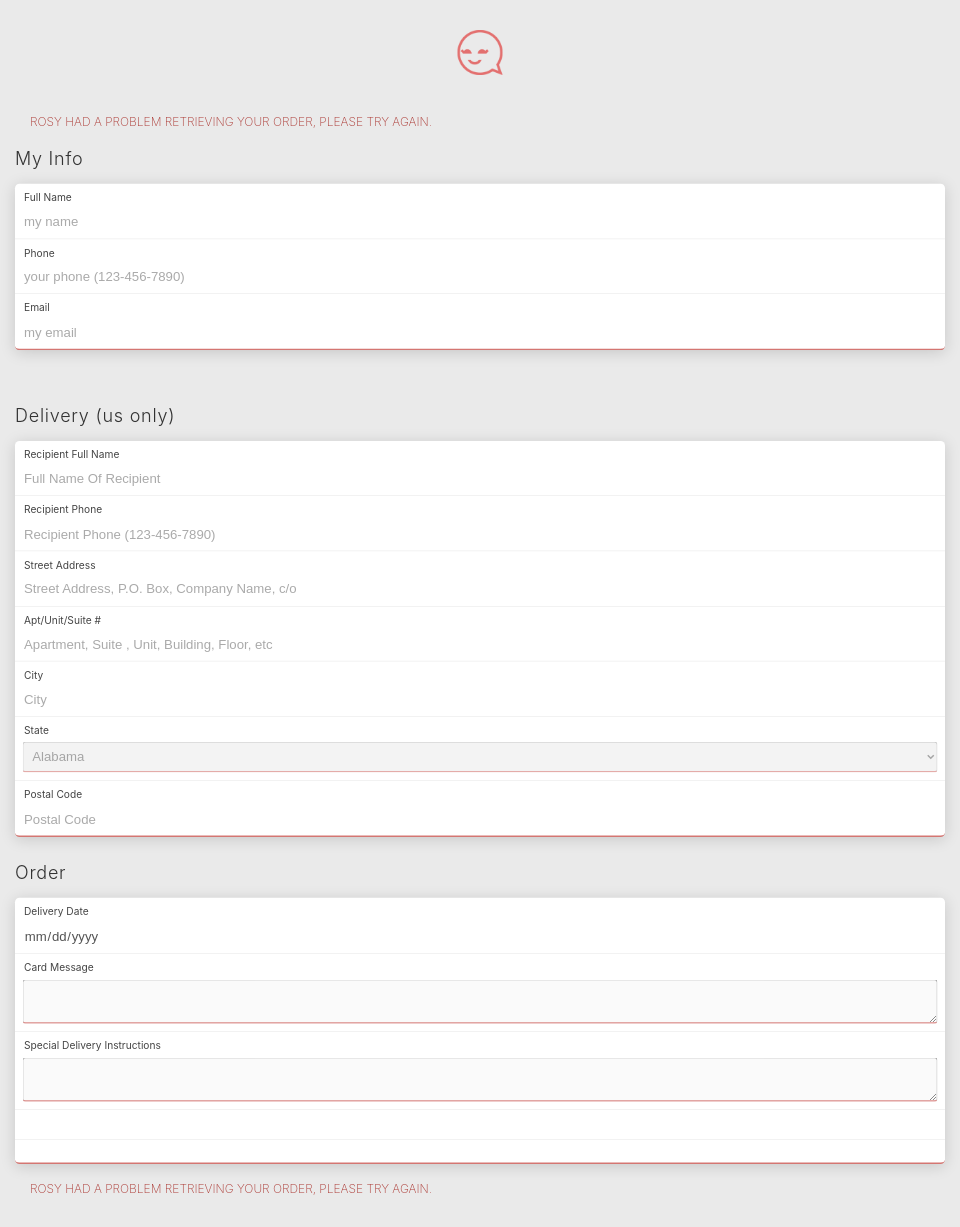
Repository: mattbobgithub/rosybot-ui
Page: rosybot-ui/dist/checkout.html
These files come from the project's save history. The page is drawn as it stood at one moment and after the next save; the edit follows.
The browser window is 1280 px wide. The pictures show the whole page, at 75% of full size.
The page's requests for data from a server got no answer. Some web libraries are served in a nearby version.

Above is the page before, as saved 2017-10-15 17:23:00.

### rosybot-ui/dist/checkout.html
<!DOCTYPE html>
<html>
<head>
<meta charset="utf-8">
<meta http-equiv="X-UA-Compatible" content="IE=edge">
<meta name="viewport"
	content="width=device-width, initial-scale=1, maximum-scale=1, minimum-scale=1, user-scalable=no, minimal-ui">
<title>Checkout</title>
<link rel="shortcut icon" href="favicon.png" type="image/x-icon">
<link href="normalize.css" rel="stylesheet">
<link href="index.css" rel="stylesheet">
<script src="https://js.stripe.com/v3/"></script>
</head>
<body>
	<div class="logo"></div>
	<div class="container">
	<div class="confirm-message" id="confirmMessage1"></div>
		<form id="rosyOrder">
			<input id="id" name="id" type="hidden" required />

			<h2>My Info</h2>
			<div class="form-groups">
				<div class="form-group">
					<label for="customerFullName">Full Name</label> <input
						id="customerFullName" name="customerFullName" type="text"
						placeholder="my name" onchange="changeRosyOrder(true)" required>
				</div>
				<div class="form-group">
					<label for="customerPhone">Phone</label> <input id="customerPhone"
						name="customerPhone" type="tel" pattern="^\d{3}-\d{3}-\d{4}$"
						placeholder="your phone (123-456-7890)"
						onchange="changeCustomerPhone(this.value)" required>
				</div>
				<div class="form-group">
					<label for="customerEmail">Email</label> <input id="customerEmail"
						name="customerEmail" type="email" placeholder="my email"
						onchange="changeRosyOrder(true)">
				</div>
			</div>

	<div class="confirm-message" id="badAddyMessage"></div>

			<h2>Delivery (us only)</h2>
			<div class="form-groups">

				<div class="form-group">
					<label for="recipientFullName">Recipient Full Name</label> <input
						id="recipientFullName" name="recipientFullName" type="text"
						placeholder="Full Name Of Recipient"
						onchange="changeRosyOrder(true)" required>
				</div>
				<div class="form-group">
					<label for="recipientPhone">Recipient Phone</label> <input
						id="recipientPhone" name="recipientPhone" type="tel"
						pattern="^\d{3}-\d{3}-\d{4}$"
						placeholder="Recipient Phone (123-456-7890)"
						onchange="changeRecipientPhone(this.value)" required>
				</div>
				<div class="form-group">
					<label for="recipientStreetAddress1">Street Address</label> <input
						id="recipientStreetAddress1" name="recipientStreetAddress1"
						type="text"
						placeholder="Street Address, P.O. Box, Company Name, c/o"
						onchange="changeRosyOrder(true)" required>
				</div>
				<div class="form-group">
					<label for="recipientStreetAddress2">Apt/Unit/Suite #</label> <input
						id="recipientStreetAddress2" name="recipientStreetAddress2"
						type="text"
						placeholder="Apartment, Suite , Unit, Building, Floor, etc"
						onchange="changeRosyOrder(true)">
				</div>
				<div class="form-group">
					<label for="recipientCity">City</label> <input id="recipientCity"
						name="recipientCity" type="text" placeholder="City"
						onchange="changeRosyOrder(true)" required>
				</div>

				<div class="form-group">
					<label for="recipientState">State</label>
					<div class="select-wrapper">
						<select id="recipientState" name="recipientState"
							onchange="changeRosyOrder(true)" required>
							<option value="AL">Alabama</option>
							<option value="AK">Alaska</option>
							<option value="AZ">Arizona</option>
							<option value="AR">Arkansas</option>
							<option value="CA">California</option>
							<option value="CO">Colorado</option>
							<option value="CT">Connecticut</option>
							<option value="DE">Delaware</option>
							<option value="DC">District Of Columbia</option>
							<option value="FL">Florida</option>
							<option value="GA">Georgia</option>
							<option value="HI">Hawaii</option>
							<option value="ID">Idaho</option>
							<option value="IL">Illinois</option>
							<option value="IN">Indiana</option>
							<option value="IA">Iowa</option>
							<option value="KS">Kansas</option>
							<option value="KY">Kentucky</option>
							<option value="LA">Louisiana</option>
							<option value="ME">Maine</option>
							<option value="MD">Maryland</option>
							<option value="MA">Massachusetts</option>
							<option value="MI">Michigan</option>
							<option value="MN">Minnesota</option>
							<option value="MS">Mississippi</option>
							<option value="MO">Missouri</option>
							<option value="MT">Montana</option>
							<option value="NE">Nebraska</option>
							<option value="NV">Nevada</option>
							<option value="NH">New Hampshire</option>
							<option value="NJ">New Jersey</option>
							<option value="NM">New Mexico</option>
							<option value="NY">New York</option>
							<option value="NC">North Carolina</option>
							<option value="ND">North Dakota</option>
							<option value="OH">Ohio</option>
							<option value="OK">Oklahoma</option>
							<option value="OR">Oregon</option>
							<option value="PA">Pennsylvania</option>
							<option value="RI">Rhode Island</option>
							<option value="SC">South Carolina</option>
							<option value="SD">South Dakota</option>
							<option value="TN">Tennessee</option>
							<option value="TX">Texas</option>
							<option value="UT">Utah</option>
							<option value="VT">Vermont</option>
							<option value="VA">Virginia</option>
							<option value="WA">Washington</option>
							<option value="WV">West Virginia</option>
							<option value="WI">Wisconsin</option>
							<option value="WY">Wyoming</option>
						</select>
					</div>
				</div>

				<div class="form-group">
					<label for="recipientPostalCode">Postal Code</label> <input
						name="recipientPostalCode" onchange="changeRosyOrder(true)"
						placeholder="Postal Code" id="recipientPostalCode" required
						type="text">
				</div>

				<input type="hidden" id="recipientCountry" name="recipientCountry" />
				<input type="hidden" id="validAddress" />

			</div>


			<h2>Order</h2>

			<div class="form-groups">

				<div class="form-group">
					<label for="deliveryDate">Delivery Date</label> <input readOnly
						id="deliveryDate" name="deliveryDate" type="date"
						placeholder="DD-MM-YYYY" onchange="changeDeliveryDate()" required>
				</div>
				<div class="form-group">
					<label for="cardMessage">Card Message</label>
					<div class="textarea-wrapper">
					<textarea
              id="cardMessage" name="cardMessage"
						placeholder="Card Message" onchange="changeRosyOrder(true)">
					</textarea>
					</div>
				</div>
				<div class="form-group">
					<label for="specialInstructions">Special Delivery Instructions</label>
					<div class="textarea-wrapper">
					<textarea
              id="specialInstructions"
						name="specialInstructions"
						placeholder="Special Delivery Instructions"
						onchange="changeRosyOrder(true)">
					</textarea>
					</div>
				</div>
				<div class="form-group">
				<div class="image-wrapper">
					<img id="rosyOrderImage" src="">

				</div>
				</div>
				<div class="form-group">
				<div class="textarea-wrapper">
					<div id="productName"></div>
					<div id="productCode"></div>
					</div>

					<div class="order-total-wrapper" id="orderTotal"></div>
				</div>

			</div>

	<div class="confirm-message" id="confirmMessage2"></div>

			<div class="bottom-buttons" id="rosyClickableArea">
			<div id="updateOrderDiv">
				<button class="full" id="updateOrderButton">Update Order</button>
				</div>
			<div id="paymentDiv">
				<button class="full primary" id="paymentButton" onclick="openPaymentModal()">Pay With Card</button>
				  <div id="payment-request-button">
  						<!-- A Stripe Element will be inserted here. -->
				  </div>
			</div>

</div>

		</form>
	</div>

	<script
		src="https://ajax.googleapis.com/ajax/libs/jquery/1.11.2/jquery.min.js"></script>
	<script type="text/javascript" src="js/cart.js"></script>
</body>

<div id="rosySpinnerOverlay" class="modal"></div>
</html>

### rosybot-ui/dist/js/cart.js
/**
 * intiate the cart with the order from the api
 */

$body = $("body");

$(document).on({
	ajaxStart : function() {
		$body.addClass("loading");
	},
	ajaxStop : function() {
		$body.removeClass("loading");
	}
});

$(document)
		.ready(
				function() {

					$('#confirmMessage1').hide();
					$('#confirmMessage2').hide();
					$body.addClass("loading");
					orderId = getURLParameter("ro");
					console.log(orderId);
					var postData1 = new Object();
					postData1.id = orderId;
					postData2 = JSON.stringify(postData1);

					$('#paymentDiv').show();
					$('#updateOrderDiv').hide();

					$
							.ajax({
								type : 'POST',
								url : 'https://tn59sjpc9c.execute-api.us-east-1.amazonaws.com/dev/api/rosyorder',
								data : postData2,
								success : function(data) {

									console.log(data);

									jsonData = JSON.parse(data);

									if(!jsonData.validAddress){

										console.log("invalid address");

										showConfirmMessage('ENTER A VALID DELIVERY ADDRESS');


	}

									loadRosyOrderData(jsonData);


									// if order is paid, display paid
									// confirmation
									if (jsonData.rosyOrderStatus == 'PAID'
											|| jsonData.rosyOrderStatus == 'FULFILLED') {

										showConfirmMessage('THANKS! YOUR ORDER # is '
												+ jsonData.rosyOrderId
												+ '. YOU WILL RECEIVE A TEXT CONFIRMATION SHORTLY');


										var form = document
												.getElementById("rosyOrder");
										var elements = form.elements;
										for (var i = 0, len = elements.length; i < len; ++i) {
											elements[i].readOnly = true;
											elements[i].disabled = true;
										}

										$('#rosyClickableArea').hide();
									}

								},
								error : function(response) {

									// Handle error
							showConfirmMessage('ROSY HAD A PROBLEM RETRIEVING YOUR ORDER, PLEASE TRY AGAIN.');


									var form = document
											.getElementById("rosyOrder");
									var elements = form.elements;
									for (var i = 0, len = elements.length; i < len; ++i) {
										elements[i].readOnly = true;
										elements[i].disabled = true;
									}
									$('#rosyClickableArea').hide();
									$('#paymentDiv').hide();
									$('#updateOrderDiv').hide();

								},
								contentType : "application/json",
								dataType : 'json'
							});

				});


$( "#rosyOrder" ).submit(function( event ) {
	// alert( "Handler for .submit() called." );
	  event.preventDefault();
	  updateRosyOrder();
	});


function showConfirmMessage(messageText){

if(messageText.includes('address')){
	$('#badAddyMessage').show();
	$('#badAddyMessage')
			.text(messageText);
}else{
	$('#confirmMessage1').show();
	$('#confirmMessage1')
			.text(messageText);
}

	$('#confirmMessage2').show();
	$('#confirmMessage2')
			.text(messageText);
}

function changeRosyOrder(allowEdit) {
	// hide paypal button, display update order button
	if(allowEdit){
	console.log("hide stripe button, show update order button.");
	$('#paymentDiv').hide();
	$('#updateOrderDiv').show();
	}else{
		console.log("hide update button, show stripte button.");
		$('#paymentDiv').show();
		$('#updateOrderDiv').hide();
	}



}

function changeDeliveryDate() {

	// validate new delivery date.
	console.log("validate new delivery date.");

	changeRosyOrder(true);
}

function changeRecipientPhone(value){

	document.forms['rosyOrder'].elements['recipientPhone'].value = formatPhoneNumber(value);

	changeRosyOrder(true);

}

function changeCustomerPhone(value){

	document.forms['rosyOrder'].elements['customerPhone'].value = formatPhoneNumber(value);
	changeRosyOrder(true);

}

function formatPhoneNumber(s) {
  var s2 = (""+s).replace(/\D/g, '');
	  var output;
	  if(s2.length>=10){
		s2 = s2.substr(0,10);
	  var m = s2.match(/^(\d{3})(\d{3})(\d{4})$/);
	  output = m[1] + "-" + m[2] + "-" + m[3];
	  }else{
		  output = s;
	  }

	   return output;
	}


function loadRosyOrderData(rod) {
	console.log(rod);

	var allowEdit = false;
	if (rod.customerFullName === null) {
		allowEdit=true;
	} else {
		document.forms['rosyOrder'].elements['customerFullName'].value = rod.customerFullName;
	}
	if (rod.customerPhone === null) {
		allowEdit=true;
	} else {
		var displayPhone = convertPhoneForDisplay(rod.customerPhone);
		document.forms['rosyOrder'].elements['customerPhone'].value = displayPhone;
	}

	if (rod.deliveryDate === null) {
		allowEdit=true;
	} else {

		var displayDate = convertDateForDisplay(rod.deliveryDate);
		document.forms['rosyOrder'].elements['deliveryDate'].value = displayDate;
	}
	if (rod.recipientCity === null) {
		allowEdit=true;
	} else {
		document.forms['rosyOrder'].elements['recipientCity'].value = rod.recipientCity;
	}
	if (rod.recipientCountry === null) {
		allowEdit=true;
	} else {
		document.forms['rosyOrder'].elements['recipientCountry'].value = rod.recipientCountry;
	}
	if (rod.recipientFullName === null) {
		allowEdit=true;
	} else {
		document.forms['rosyOrder'].elements['recipientFullName'].value = rod.recipientFullName;
	}
	if (rod.recipientPhone === null) {
		allowEdit=true;
	} else {
		var displayPhoneRecip = convertPhoneForDisplay(rod.recipientPhone);
		document.forms['rosyOrder'].elements['recipientPhone'].value = displayPhoneRecip;
	}
	if (rod.recipientPostalCode === null) {
		allowEdit=true;
	} else {
		document.forms['rosyOrder'].elements['recipientPostalCode'].value = rod.recipientPostalCode;
	}
	if (rod.recipientState === null) {
		allowEdit=true;
	} else {
		document.forms['rosyOrder'].elements['recipientState'].value = rod.recipientState;
	}
	if (rod.recipientStreetAddress1 === null) {
		allowEdit=true;
	} else {
		document.forms['rosyOrder'].elements['recipientStreetAddress1'].value = rod.recipientStreetAddress1;
	}

if(!rod.validAddress){
	allowEdit = true;
}

		changeRosyOrder(allowEdit);

// autopopulated or non-required fields
	document.forms['rosyOrder'].elements['id'].value = rod.id;

	document.forms['rosyOrder'].elements['cardMessage'].value = rod.cardMessage;
	document.forms['rosyOrder'].elements['customerEmail'].value = rod.customerEmail;
	document.forms['rosyOrder'].elements['recipientStreetAddress2'].value = rod.recipientStreetAddress2;
	document.getElementById("rosyOrderImage").src = rod.productImageUrl;
	document.getElementById("productName").textContent = rod.productName;
	document.getElementById("productCode").textContent = 'Rosy Product Code - '
			+ rod.productCode;
	document.getElementById("orderTotal").textContent = "$ " + rod.orderTotal;
	document.forms['rosyOrder'].elements['specialInstructions'].value = rod.specialInstructions;
	document.forms['rosyOrder'].elements['validAddress'].value = rod.validAddress;


	doStripe(rod.orderTotal);
}

function updateRosyOrder() {

	var arrayInput = $('#rosyOrder').serializeArray();
	var postData1 = objectifyForm(arrayInput);
	var outputDate = convertDateForSave(postData1.deliveryDate);
	postData1.deliveryDate = outputDate;
	var outputPhone = convertPhoneForSave(postData1.customerPhone);
	postData1.customerPhone = outputPhone;
	$('#confirmMessage1').hide();
	$('#confirmMessage2').hide();
	postData2 = JSON.stringify(postData1);
	$
			.ajax({
				type : 'POST',
				url : 'https://tn59sjpc9c.execute-api.us-east-1.amazonaws.com/dev/api/rosyorder',
				data : postData2, // or JSON.stringify ({name:
				// 'jonas'}),
				success : function(data) {
					console.log(data);
					if(data.errorMessage!=null){
						console.log('ERROR on update call:');

						showConfirmMessage('ROSY HAD A PROBLEM UPDATING YOUR ORDER, PLEASE TRY AGAIN.');

					}else{
					jsonData = JSON.parse(data);
					// reload order data from response of
					// updated order
					console.log(jsonData);
					console.log("VALID ADDY:" + jsonData.validAddress)
					if(!jsonData.validAddress){
						console.log("invalid address" + jsonData.validAddress);

						showConfirmMessage('INVALID DELIVERY ADDRESS, PLEASE CORRECT.');

					}

					loadRosyOrderData(jsonData);
					}


				},
				error : function(response) {
					console.log('ERROR on update call:');
					// Handle error

					showConfirmMessage('ROSY HAD A PROBLEM UPDATING YOUR ORDER, PLEASE TRY AGAIN.');

				},
				contentType : "application/json",
				dataType : 'json'
			});
}

Array.prototype.move = function(from, to) {
	this.splice(to, 0, this.splice(from, 1)[0]);
};

function objectifyForm(formArray) {// serialize data function

	var returnArray = {};
	for (var i = 0; i < formArray.length; i++) {

		// find delivery date
		returnArray[formArray[i]['name']] = formArray[i]['value'];
	}
	return returnArray;
}

function getURLParameter(name) {
	return decodeURIComponent((new RegExp('[?|&]' + name + '='
			+ '([^&;]+?)(&|#|;|$)').exec(location.search) || [ null, '' ])[1]
			.replace(/\+/g, '%20'))
			|| null;
}

function convertDateForDisplay(dateStr_MM_DD_YYYY) {
	var dateArray = dateStr_MM_DD_YYYY.split("-");
	var mm = dateArray[0];
	var dd = dateArray[1];
	var yyyy = dateArray[2];
	return yyyy + "-" + mm + "-" + dd;
}

function convertDateForSave(dateStr_YYYY_MM_DD) {
	var dateArray = dateStr_YYYY_MM_DD.split("-");
	var yyyy = dateArray[0];
	var mm = dateArray[1];
	var dd = dateArray[2];
	return mm + "-" + dd + "-" + yyyy;
}

function convertPhoneForDisplay(phone) {
	if (phone.charAt(0) === '1') {
		phone = phone.substr(1);
	}
	return phone.replace(/(\d{3})(\d{3})(\d{4})/, "$1-$2-$3");
}

function convertPhoneForSave(phone) {
	phone = phone.replace(/\D/g, '')

	return phone;
}


function openPaymentModal(){

	var url = document.URL;
    shortUrl=url.substring(0,url.lastIndexOf("/"));

    redirectUrl = shortUrl + "/payment.html?ro=" + getURLParameter("ro");
    console.log("sending to: " + redirectUrl);
location= shortUrl + "/payment.html?ro=" + getURLParameter("ro");

}




function doStripe(ordTot){

// added for stripe payment request button
var stripe = Stripe('pk_test_W2fKI1ypiVB8Lk8jH6Rv2bWY');
var elements = stripe.elements();

console.log("do stripe ordTot:" + ordTot);
paymentRequest = stripe.paymentRequest({
	  country: 'US',
	  currency: 'usd',
	  total: {
	    label: 'Rosy Order:',
	    amount: ordTot * 100
	  },
	});




var prButton = elements.create('paymentRequestButton', {
	  paymentRequest: paymentRequest,
	  style: {
		    paymentRequestButton: {
		      type: 'default', // default: 'default'
		      theme: 'light' , // default: 'dark'
		      height: '64px' // default: '40px', the width is always '100%'
		    },
		  },
	});


// Check the availability of the Payment Request API first.
paymentRequest.canMakePayment().then(function(result) {

  if (result.applePay) {
	  $('#payment-request-button').show();

	    document.getElementById('payment-request-button').style.display = 'block';
	    prButton.mount('#payment-request-button');

  } else {
	    document.getElementById('payment-request-button').style.display = 'hide';
	  console.log("no apple/android pay");

  }

});


paymentRequest.on('token', function(ev) {

	   apiUrl= "https://h83jr170h1.execute-api.us-east-1.amazonaws.com/stripeDevApi/api/rosyorder";
	   rOrder = getURLParameter("ro");
	  // Send the token to your server to charge it!
	  fetch(apiUrl, {
	    method: 'POST',
	    body: JSON.stringify({ro: rOrder, tok: ev.token.id})
	  })
	  .then(function() {
	    // Report to the browser that the payment was successful, prompting it
	    // to close the browser payment interface.
	    ev.complete('success');

	    var url = document.URL;
        shortUrl=url.substring(0,url.lastIndexOf("/"));

        location = shortUrl + "/checkout.html?ro=" + getURLParameter("ro");

	  })
	  .catch( function() {
		    // Report to the browser that the payment failed, prompting it to
		    // re-show the payment interface, or show an error message and close
		    // the payment interface.
		    ev.complete('fail');
		  }
	  );
	});


}

Loaded but not shown: rosybot-ui/dist/normalize.css (library); rosybot-ui/dist/index.css (185 lines, source omitted)

After the next save:
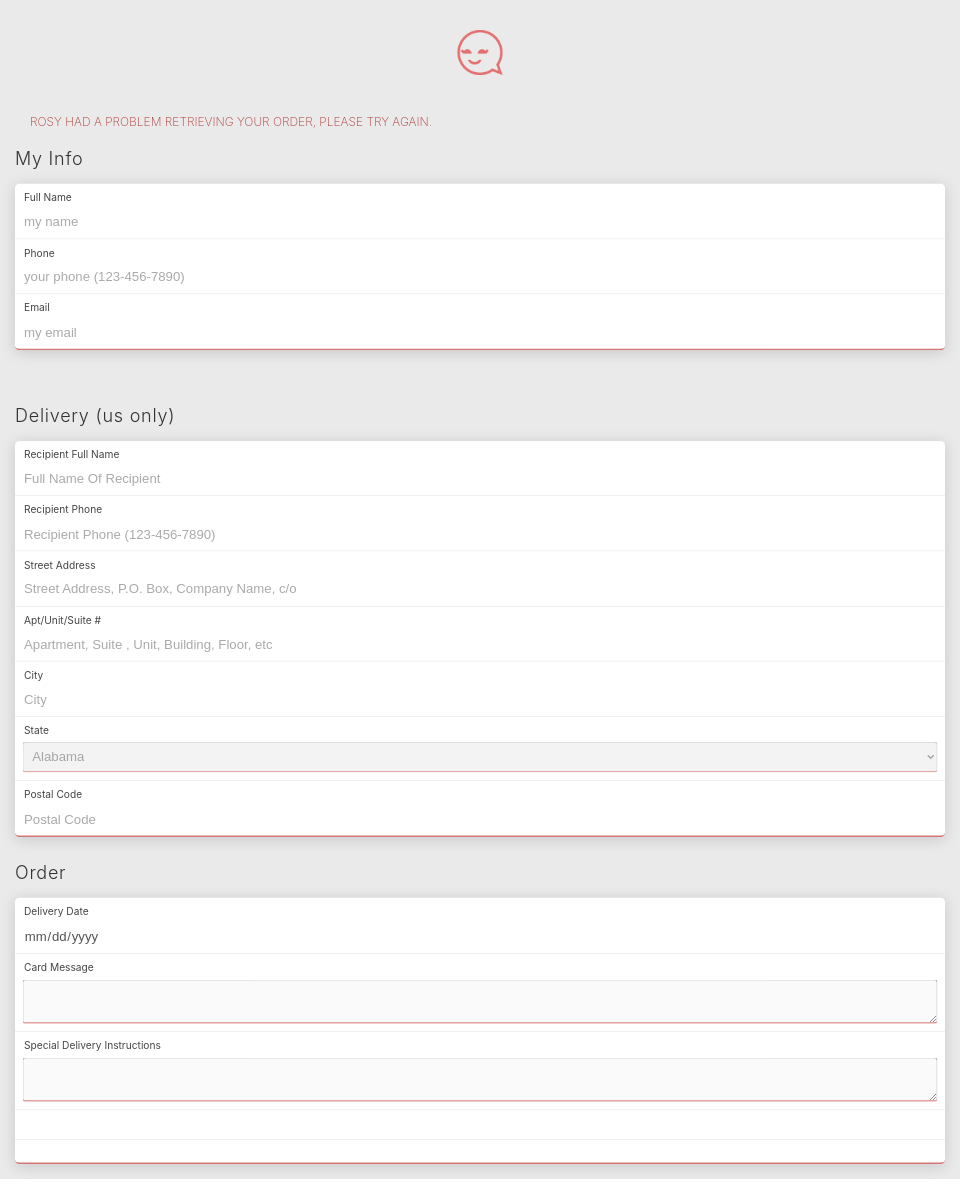
Saved 6 min 3 s later.
--- a/rosybot-ui/dist/js/cart.js
+++ b/rosybot-ui/dist/js/cart.js
@@ -44,7 +44,7 @@
 
 										console.log("invalid address");
 
-										showConfirmMessage('ENTER A VALID DELIVERY ADDRESS');
+										showAddressError();
 
 
 	}
@@ -106,21 +106,26 @@
 	});
 
 
-function showConfirmMessage(messageText){
-
-if(messageText.includes('address')){
+function showAddressError(){
+
 	$('#badAddyMessage').show();
 	$('#badAddyMessage')
+			.text('ENTER A VALID DELIVERY ADDRESS');
+}
+
+function showOrderUpdateError(){
+
+	$('#confirmMessage2').show();
+	$('#confirmMessage2')
 			.text(messageText);
-}else{
+}
+
+function showConfirmMessage(messageText){
+
 	$('#confirmMessage1').show();
 	$('#confirmMessage1')
 			.text(messageText);
-}
-
-	$('#confirmMessage2').show();
-	$('#confirmMessage2')
-			.text(messageText);
+
 }
 
 function changeRosyOrder(allowEdit) {
@@ -283,7 +288,7 @@
 					if(data.errorMessage!=null){
 						console.log('ERROR on update call:');
 
-						showConfirmMessage('ROSY HAD A PROBLEM UPDATING YOUR ORDER, PLEASE TRY AGAIN.');
+						showOrderUpdateError();
 
 					}else{
 					jsonData = JSON.parse(data);
@@ -293,8 +298,7 @@
 					console.log("VALID ADDY:" + jsonData.validAddress)
 					if(!jsonData.validAddress){
 						console.log("invalid address" + jsonData.validAddress);
-
-						showConfirmMessage('INVALID DELIVERY ADDRESS, PLEASE CORRECT.');
+						showAddressError();
 
 					}
 
